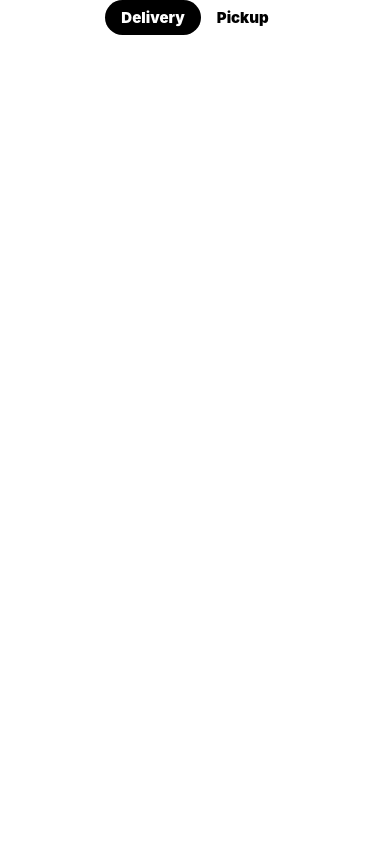
Repository: MoussaAKHYAR/uber-eats-app-react-native
Screen: /
These files come from the project's save history. The screen is drawn as it stood at one moment and after the next save; the edit follows.
The app was drawn by React Native's web renderer in a window 390 px wide. The project was rebuilt for these pictures with package versions that can differ from the ones it lists, and the page was loaded fresh each time.

Above is the screen before, as saved 2022-06-29 15:41:23.

After the next save:
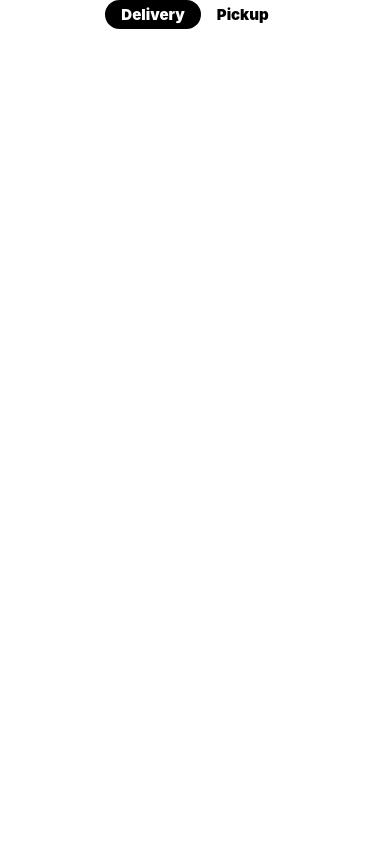
Saved 8 s later.
--- a/components/HeaderTabs.js
+++ b/components/HeaderTabs.js
@@ -13,7 +13,7 @@ export default function HeaderTabs() {
 const HeaderButton = (props) => (
     <TouchableOpacity style={{
         backgroundColor: props.btnColor,
-        paddingVertical:8,
+        paddingVertical:5,
         paddingHorizontal:16,
         borderRadius:30
 
